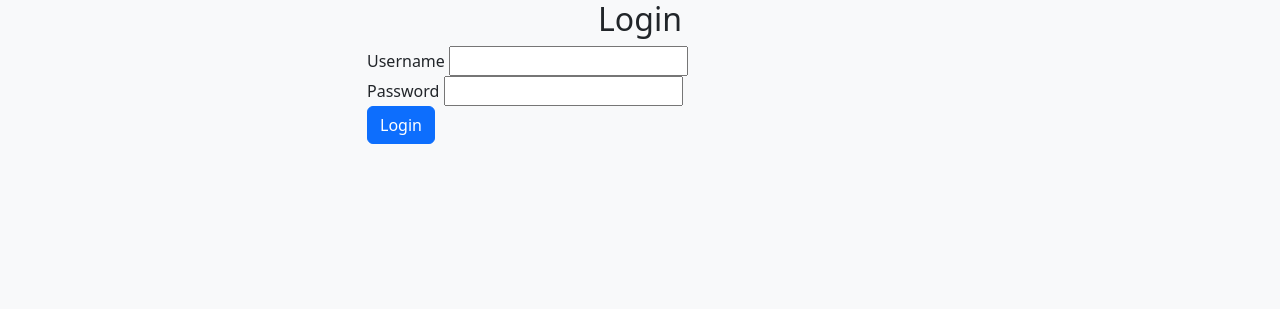
Repository: gabrielwodtke282/PetShop-fofinhos
Page: front-end/index.html
The author's editor kept a copy of each file at every save. The page is drawn from the files as they stood at one save, then again after the next save.
The browser window is 1280 px wide. The pictures show the whole page.

Above is the page before, as saved 2026-03-23 10:00:18.

### front-end/index.html
<!DOCTYPE html>
<html lang="pt-BR">

<head>
    <meta charset="UTF-8">
    <meta name="viewport" content="width=device-width, initial-scale=1.0">
    <title>Fofinhos Petshop</title>

    <link href="https://cdn.jsdelivr.net/npm/bootstrap@5.3.8/dist/css/bootstrap.min.css" rel="stylesheet">
</head>

<body class="bg-light">
    <div class="container">
    <h2 class="text-center">Login</h2>
    <div class="row">
        <div class="col-md-6 offset-md-3">
            <form class="login-form">
                <div class="form-group">
                    <label for="username">Username</label>
                    <input type="text" id="username" name="username" required>
                </div>
                <div class="form-group">
                    <label for="password">Password</label>
                    <input type="password" id="password" name="password" required>
                </div>
                <button type="submit" class="btn btn-primary btn-block">Login</button>
            </form>
        </div>
    </div>
</div>
</body>

</html>

### front-end/styles.css
.login-form {
    max-width: 400px;
    margin: 0 auto;
}

.login-form input[type="text"],
.login-form input[type="password"] {
    width: 100%;
    padding: 10px;
    border: 1px solid #ccc;
    border-radius: 4px;
    box-sizing: border-box;
}

.login-form button {
    background-color: #007bff;
    color: #fff;
    padding: 10px 20px;
    border: none;
    border-radius: 4px;
    cursor: pointer;
}

.login-form button:hover {
    background-color: #0056b3;
}

.login-form .form-group {
    margin-bottom: 20px;
}

After the next save:
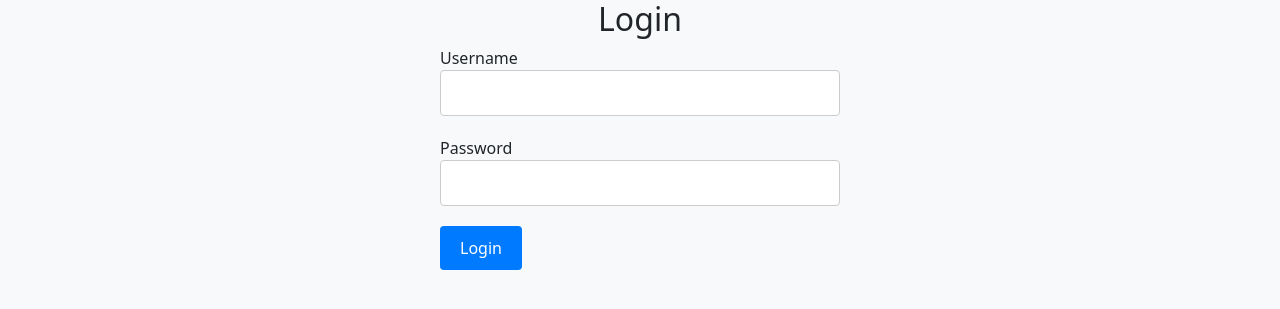
Saved 10 s later.
--- a/front-end/index.html
+++ b/front-end/index.html
@@ -5,7 +5,7 @@
     <meta charset="UTF-8">
     <meta name="viewport" content="width=device-width, initial-scale=1.0">
     <title>Fofinhos Petshop</title>
-
+    <link href="styles.css" rel="stylesheet">
     <link href="https://cdn.jsdelivr.net/npm/bootstrap@5.3.8/dist/css/bootstrap.min.css" rel="stylesheet">
 </head>
 
